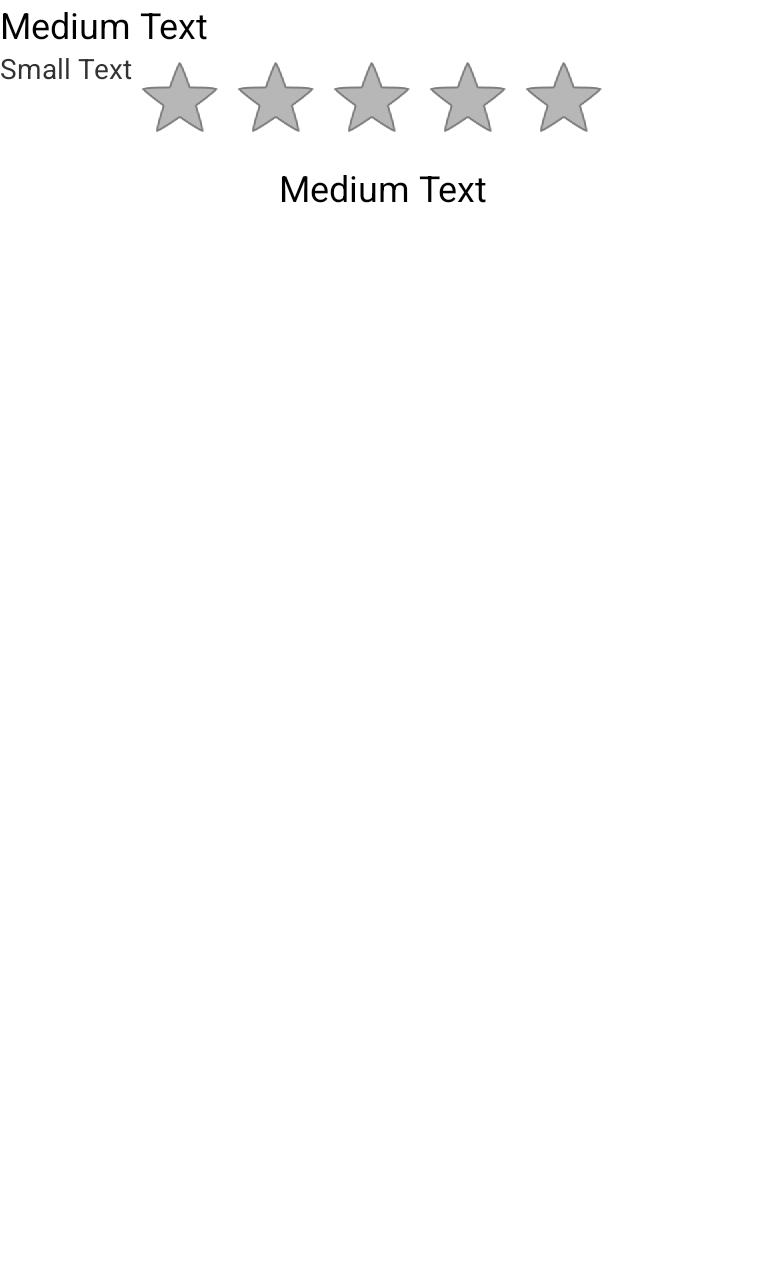
Repository: yash256/atnt
Layout: Farmdroid/res/layout/market_details.xml
An editor plug-in stored every save of this project. The layout is shown before and after the next save, followed by the edit.
It is drawn on a 768 x 1280 px phone screen (xhdpi) without system bars, with theme AppTheme; the app's code is not run. Lists and similar views that code fills are empty.

Above is the layout before, as saved 2014-10-29 18:43:14.

### Farmdroid/res/layout/market_details.xml
<?xml version="1.0" encoding="utf-8"?>
<RelativeLayout xmlns:android="http://schemas.android.com/apk/res/android"
    android:layout_width="match_parent"
    android:layout_height="match_parent"
    android:orientation="vertical" >

 <GridLayout
        android:id="@+id/gridLayout1"
        android:layout_width="match_parent"
        android:layout_height="wrap_content"
        android:columnCount="8"
        android:orientation="horizontal" >

        <TextView
            android:id="@+id/market_name"
            android:layout_column="0"
            android:layout_columnSpan="8"
            android:layout_gravity="left"
            android:layout_row="0"
            android:text="Medium Text"
            android:textAppearance="?android:attr/textAppearanceMedium" />

        <TextView
            android:id="@+id/market_address"
            android:layout_columnSpan="4"
            android:text="Small Text"
            android:textAppearance="?android:attr/textAppearanceSmall" />

        <RatingBar
            android:id="@+id/ratingBar1"
            android:layout_columnSpan="4" />


         <TextView
            android:id="@+id/top_items_header"
            android:layout_row="3"
            android:layout_columnSpan="8"
            android:layout_gravity="center_horizontal"
            android:text="Medium Text"
            android:textAppearance="?android:attr/textAppearanceMedium" />

        <ListView
        android:id="@+id/android:list"
        android:layout_width="match_parent"
        android:layout_height="wrap_content"
        android:layout_row="4"
        android:layout_columnSpan="8"
        >
    </ListView>



    </GridLayout>




</RelativeLayout>

Loaded but not shown: Farmdroid/res/values/styles.xml (common file); Farmdroid/res/values-v11/styles.xml (common file); Farmdroid/res/values-v14/styles.xml (common file)

After the next save:
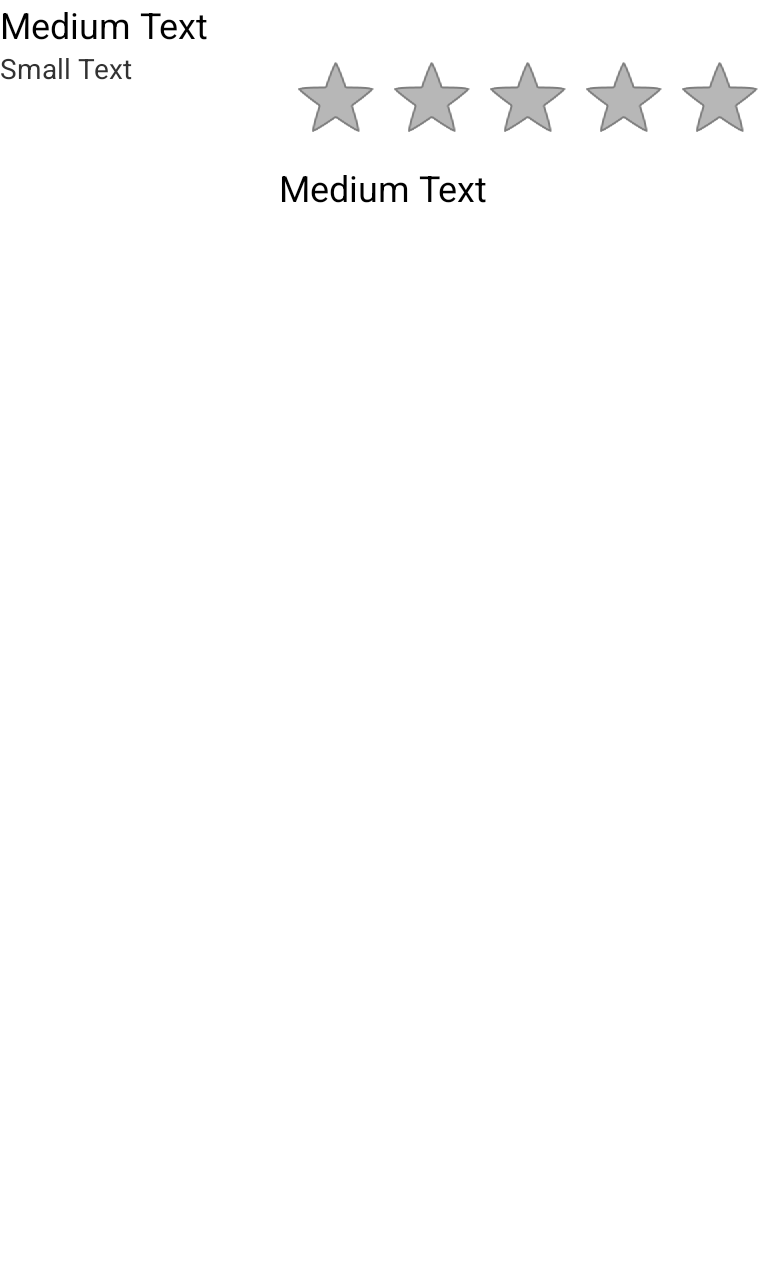
Saved 77 s later.
--- a/Farmdroid/res/layout/market_details.xml
+++ b/Farmdroid/res/layout/market_details.xml
@@ -28,7 +28,8 @@
 
         <RatingBar
             android:id="@+id/ratingBar1"
-            android:layout_columnSpan="4" />
+            android:layout_columnSpan="4"
+            android:layout_gravity="right" />
 
 
          <TextView
